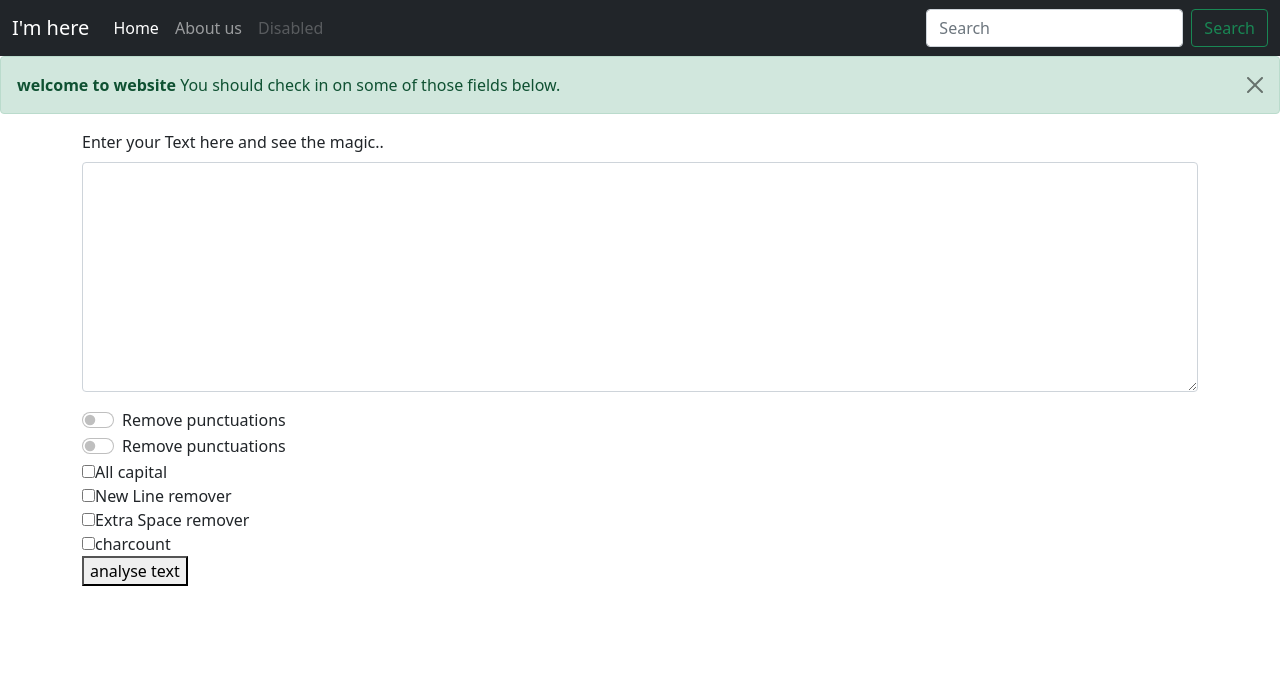
Repository: ritikalohia/Django-beginners-
Page: textutiles/templates/index.html
An editor plug-in stored every save of this project. The page is shown before and after the next save, followed by the edit.
The browser window is 1280 px wide. The pictures show the whole page.

Above is the page before, as saved 2021-05-22 20:07:02.

### textutiles/templates/index.html
<!doctype html>
<html lang="en">
  <head>
    <!-- Required meta tags -->
    <meta charset="utf-8">
    <meta name="viewport" content="width=device-width, initial-scale=1">

    <!-- Bootstrap CSS -->
    <link href="https://cdn.jsdelivr.net/npm/bootstrap@5.0.1/dist/css/bootstrap.min.css" rel="stylesheet" integrity="sha384-+0n0xVW2eSR5OomGNYDnhzAbDsOXxcvSN1TPprVMTNDbiYZCxYbOOl7+AMvyTG2x" crossorigin="anonymous">

    <title>i'mhere</title>
    </head>
    <body>

    <nav class="navbar navbar-expand-lg navbar-dark bg-dark">
    <div class="container-fluid">
    <button class="navbar-toggler" type="button" data-bs-toggle="collapse" data-bs-target="#navbarTogglerDemo01" aria-controls="navbarTogglerDemo01" aria-expanded="false" aria-label="Toggle navigation">
      <span class="navbar-toggler-icon"></span>
    </button>
    <div class="collapse navbar-collapse" id="navbarTogglerDemo01">
      <a class="navbar-brand" href="#">I'm here</a>
      <ul class="navbar-nav me-auto mb-2 mb-lg-0">
        <li class="nav-item">
          <a class="nav-link active" aria-current="page" href="#">Home</a>
        </li>
        <li class="nav-item">
          <a class="nav-link" href="#">About us</a>
        </li>
        <li class="nav-item">
          <a class="nav-link disabled" href="#" tabindex="-1" aria-disabled="true">Disabled</a>
        </li>
      </ul>
      <form class="d-flex">
        <input class="form-control me-2" type="search" placeholder="Search" aria-label="Search">
        <button class="btn btn-outline-success" type="submit">Search</button>
      </form>
    </div>
    </div>
    </nav>

    <div class="alert alert-success alert-dismissible fade show" role="alert">
        <strong>welcome to website</strong> You should check in on some of those fields below.
        <button type="button" class="btn-close" data-bs-dismiss="alert" aria-label="Close"></button>
    </div>


    <div class="container">
        <div class="mb-3">
            <label for="exampleFormControlTextarea1" class="form-label">Enter your Text here and see the magic..</label>
            <textarea class="form-control" id="exampleFormControlTextarea1" rows="9"></textarea>
        </div>
        <div class="form-check form-switch">
            <input class="form-check-input" type="checkbox" id="flexSwitchCheckDefault">
            <label class="form-check-label" for="flexSwitchCheckDefault">Remove punctuations</label>
        </div>
        <div class="form-check form-switch">
            <input class="form-check-input" type="checkbox" id="flexSwitchCheckDefault">
            <label class="form-check-label" for="flexSwitchCheckDefault">Remove punctuations</label>
        </div>

        <input type="checkbox" name="fullcaps">All capital<br>
        <input type="checkbox" name="newlineremover">New Line remover<br>
        <input type="checkbox" name="spaceremover">Extra Space remover<br>
        <input type="checkbox" name="charcount">charcount<br>
        <button type='submit'>analyse text</button>
    </div>

    <!-- Optional JavaScript; choose one of the two! -->

    <!-- Option 1: Bootstrap Bundle with Popper -->
    <script src="https://cdn.jsdelivr.net/npm/bootstrap@5.0.1/dist/js/bootstrap.bundle.min.js" integrity="sha384-gtEjrD/SeCtmISkJkNUaaKMoLD0//ElJ19smozuHV6z3Iehds+3Ulb9Bn9Plx0x4" crossorigin="anonymous"></script>

    <!-- Option 2: Separate Popper and Bootstrap JS -->
    <!--
    <script src="https://cdn.jsdelivr.net/npm/@popperjs/core@2.9.2/dist/umd/popper.min.js" integrity="sha384-IQsoLXl5PILFhosVNubq5LC7Qb9DXgDA9i+tQ8Zj3iwWAwPtgFTxbJ8NT4GN1R8p" crossorigin="anonymous"></script>
    <script src="https://cdn.jsdelivr.net/npm/bootstrap@5.0.1/dist/js/bootstrap.min.js" integrity="sha384-Atwg2Pkwv9vp0ygtn1JAojH0nYbwNJLPhwyoVbhoPwBhjQPR5VtM2+xf0Uwh9KtT" crossorigin="anonymous"></script>
    -->
  </body>
</html>

After the next save:
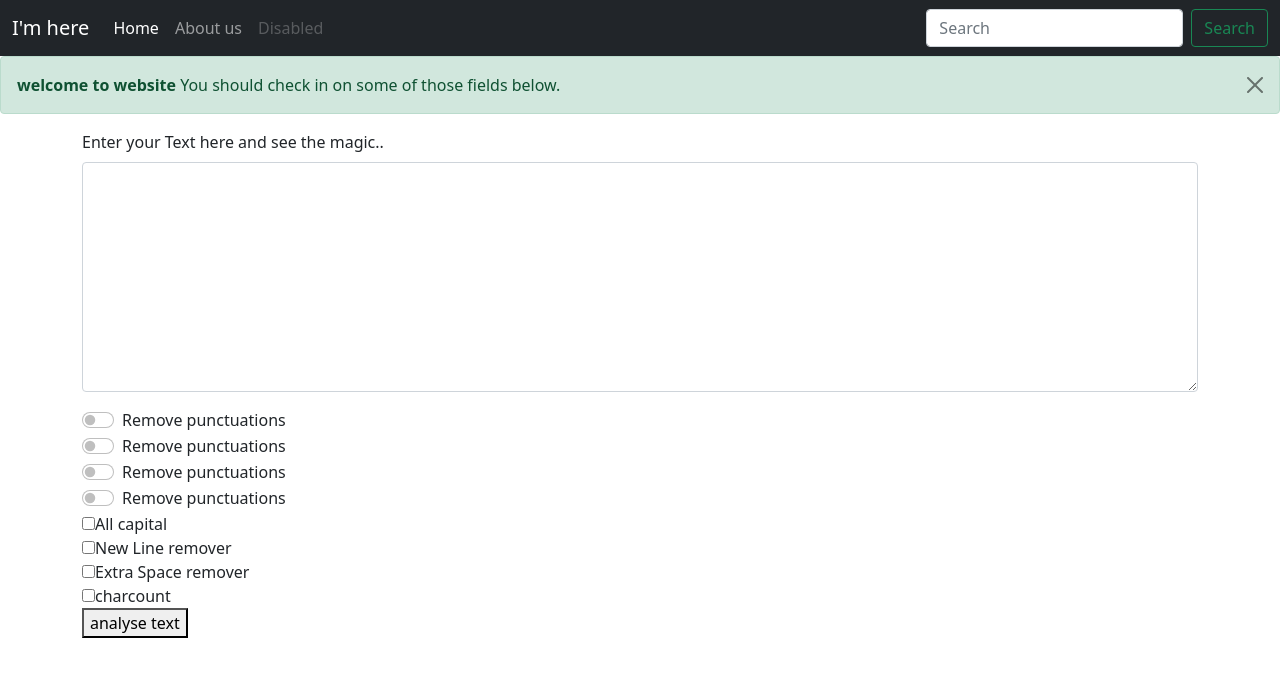
Saved 5 s later.
--- a/textutiles/templates/index.html
+++ b/textutiles/templates/index.html
@@ -57,7 +57,14 @@
             <input class="form-check-input" type="checkbox" id="flexSwitchCheckDefault">
             <label class="form-check-label" for="flexSwitchCheckDefault">Remove punctuations</label>
         </div>
-
+        <div class="form-check form-switch">
+            <input class="form-check-input" type="checkbox" id="flexSwitchCheckDefault">
+            <label class="form-check-label" for="flexSwitchCheckDefault">Remove punctuations</label>
+        </div>
+        <div class="form-check form-switch">
+            <input class="form-check-input" type="checkbox" id="flexSwitchCheckDefault">
+            <label class="form-check-label" for="flexSwitchCheckDefault">Remove punctuations</label>
+        </div>
         <input type="checkbox" name="fullcaps">All capital<br>
         <input type="checkbox" name="newlineremover">New Line remover<br>
         <input type="checkbox" name="spaceremover">Extra Space remover<br>
